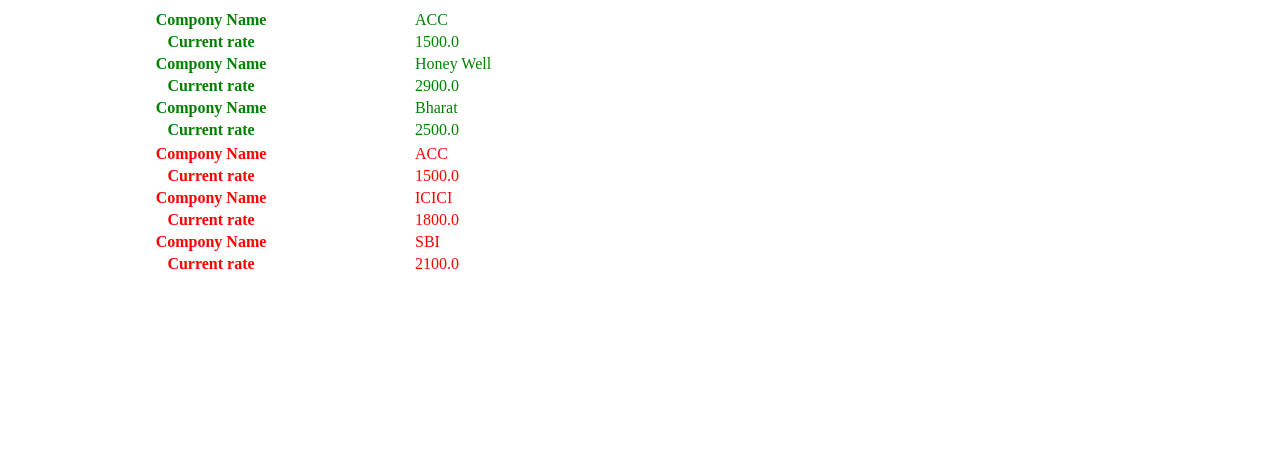
Repository: AmolRavan/StockMarket
Page: http://localhost/StockMarket/getStockInfo
An editor plug-in stored every save of this project. The page is shown before and after the next save, followed by the edit.
The browser window is 1280 px wide. The pictures show the whole page.
The page is served by Tomcat 9. The template is opened directly, without the code that normally fills it, so the values that code supplies are empty.

Above is the page before, as saved 2019-02-23 09:15:57.

After the next save:
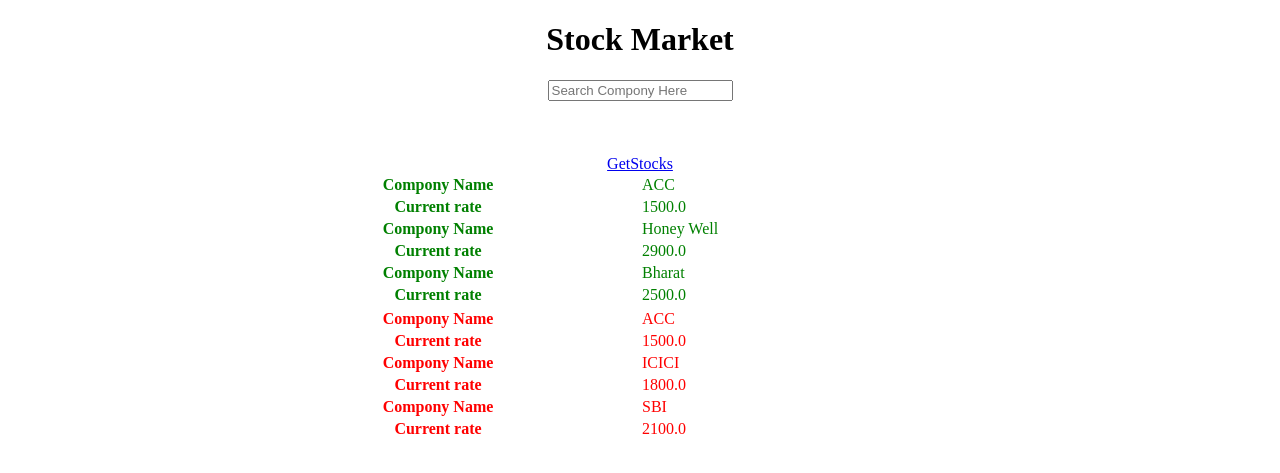
Saved 56 s later.
--- a/StockMarket/src/main/webapp/WEB-INF/pages/MainPage.jsp
+++ b/StockMarket/src/main/webapp/WEB-INF/pages/MainPage.jsp
@@ -19,6 +19,21 @@
 <title>Insert title here</title>
 </head>
 <body>
+
+ <div align="center">
+
+<h1>Stock Market</h1>
+
+    <input type="text" id="componyName" onchange="getComponies()" placeHolder="Search Compony Here"/>
+        <br> <br>  <br> <br>
+
+        <div style="width:80%">
+        <div style="float:left;width:40%" id="componyData"></div>
+        <div style="float:right;width:40%" id="result"></div>
+        </div>
+         <a href="http://localhost:8080/StockMarket/getStockInfo"> GetStocks </a>
+
+
 	<c:set var="compony" value="${compony}" />
 	<%-- <c:if test="${compony not empty}"> --%>
 	<table style="color: green">
@@ -53,5 +68,6 @@
 	</c:forEach>
 	</table>
 	<%-- 	</c:if> --%>
+	</div>
 </body>
 </html>
